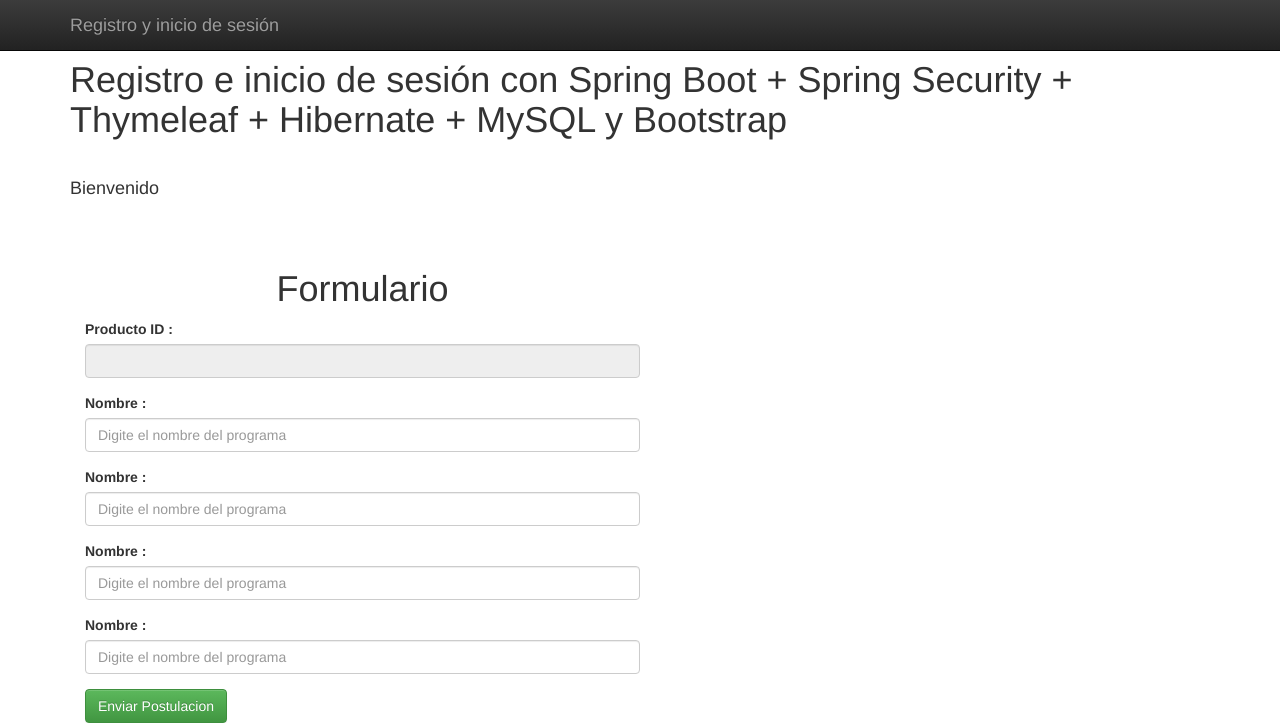
Repository: AndresBR2003/Proyecto-Integrador
Page: http://localhost/nuevo_form
An editor plug-in stored every save of this project. The page is shown before and after the next save, followed by the edit.
The browser window is 1280 px wide. The pictures show the whole page.
The page is this project's Thymeleaf template; nobody is signed in. The template is opened directly, without the code that normally fills it, so the values that code supplies are empty.

Above is the page before, as saved 2023-10-16 06:22:41.
Console error (its wording comes from the project's code and is left out).

After the next save:
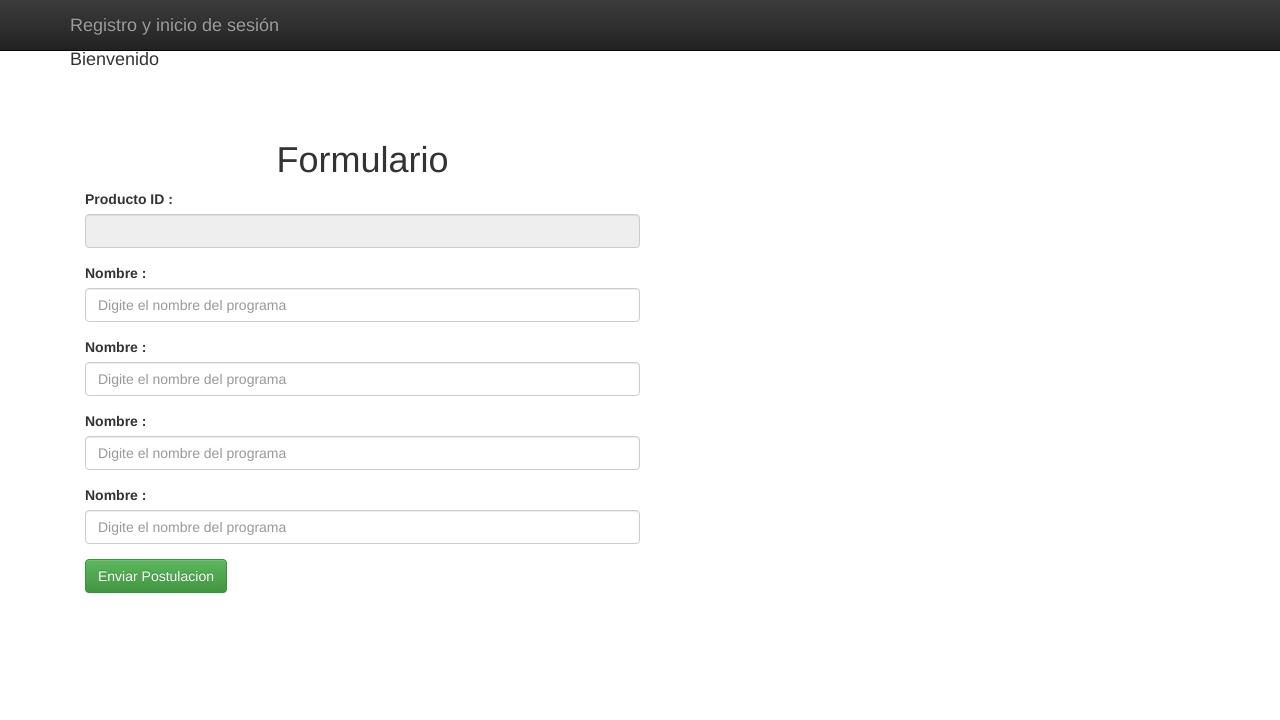
Saved 30 s later.
--- a/UnidosPorUnPerúMejor/src/main/resources/templates/nuevo_form.html
+++ b/UnidosPorUnPerúMejor/src/main/resources/templates/nuevo_form.html
@@ -46,9 +46,6 @@
 	<br>
 
 	<div class="container">
-		<h1>Registro e inicio de sesión con Spring Boot + Spring Security
-			+ Thymeleaf + Hibernate + MySQL y Bootstrap</h1>
-		<br>
 		<h4>
 			Bienvenido <span sec:authentication="principal.username"></span>
 		</h4>
